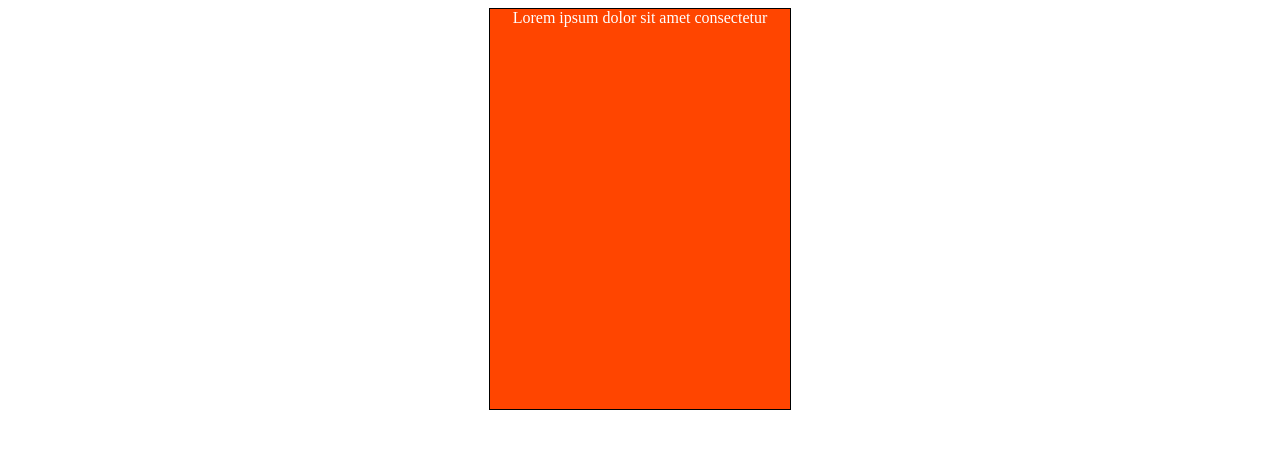
Repository: gabrielbino/projects-dio
Page: Flexbox/@align-content.html
An editor plug-in stored every save of this project. The page is shown before and after the next save, followed by the edit.
The browser window is 1280 px wide. The pictures show the whole page.

Above is the page before, as saved 2021-10-22 18:25:57.

### Flexbox/@align-content.html
<!DOCTYPE html>
<html lang="en">
  <head>
    <meta charset="UTF-8" />
    <meta name="viewport" content="width=device-width, initial-scale=1.0" />
    <title>Fundamentos - align content</title>
    <style>
      .container {
        display: flex;
        max-width: 300px;
        height: 400px;
        margin: 0 auto;
        flex-wrap: wrap;
        border: 1px solid black;
      }

      .item {
        background-color: orangered;
        color: white;
        padding: 0 5px;
        text-align: center;
        flex: 1;
      }
    </style>
  </head>
  <body>
    <div class="container">
      <div class="item">Lorem ipsum dolor sit amet consectetur</div>
    </div>
  </body>
</html>

After the next save:
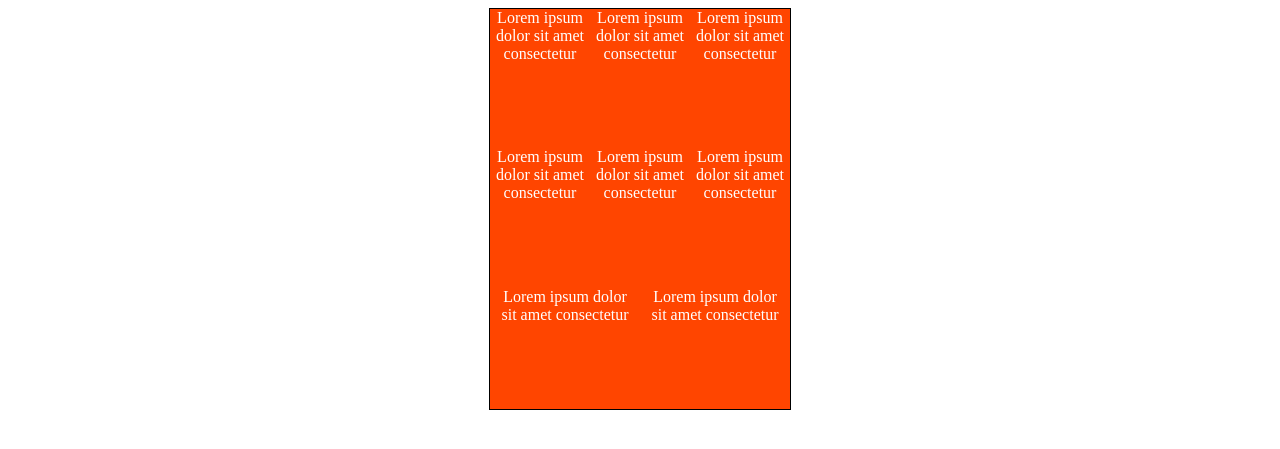
Saved 44 s later.
--- a/Flexbox/@align-content.html
+++ b/Flexbox/@align-content.html
@@ -26,6 +26,13 @@
   <body>
     <div class="container">
       <div class="item">Lorem ipsum dolor sit amet consectetur</div>
+      <div class="item">Lorem ipsum dolor sit amet consectetur</div>
+      <div class="item">Lorem ipsum dolor sit amet consectetur</div>
+      <div class="item">Lorem ipsum dolor sit amet consectetur</div>
+      <div class="item">Lorem ipsum dolor sit amet consectetur</div>
+      <div class="item">Lorem ipsum dolor sit amet consectetur</div>
+      <div class="item">Lorem ipsum dolor sit amet consectetur</div>
+      <div class="item">Lorem ipsum dolor sit amet consectetur</div>
     </div>
   </body>
 </html>
